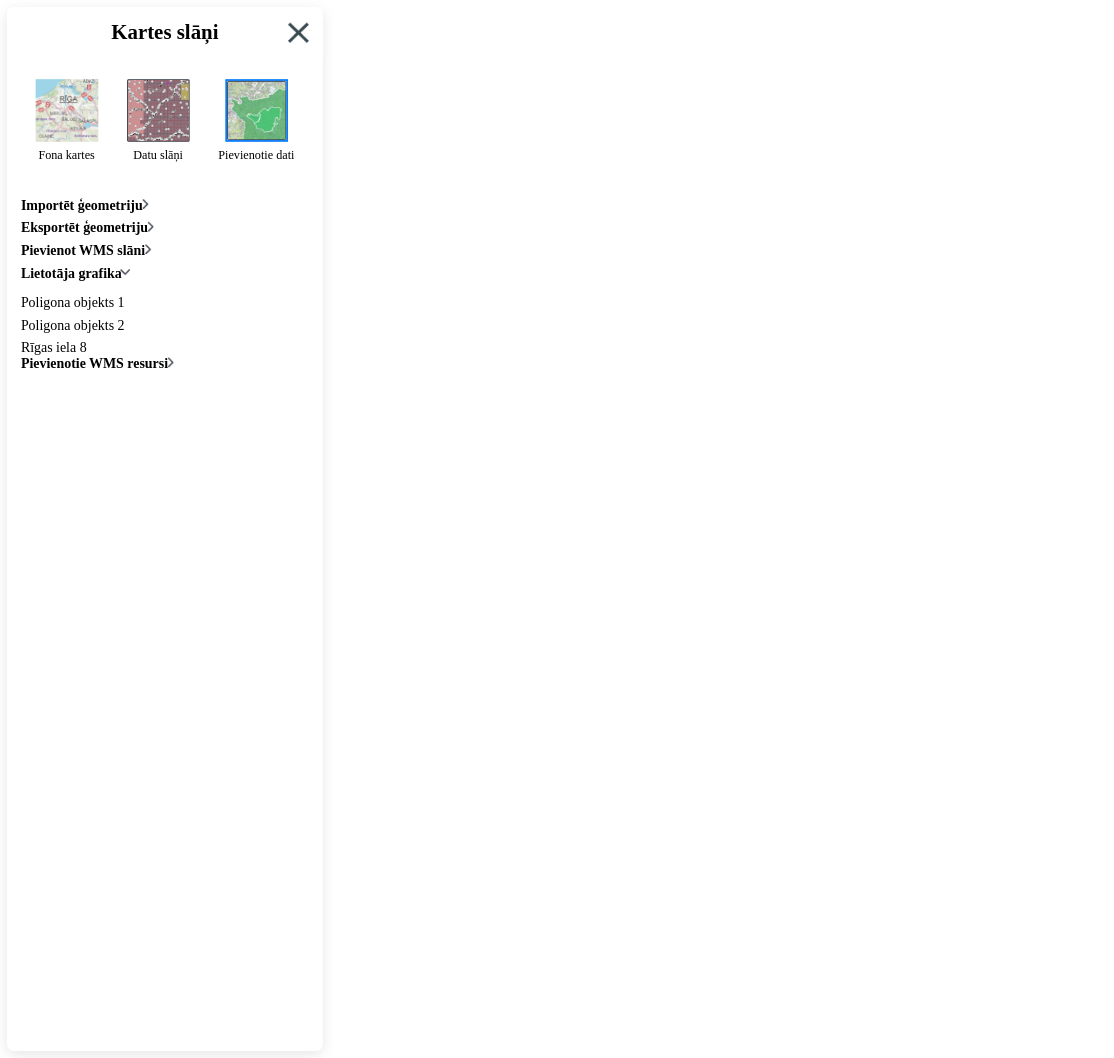
Repository: Kringelis/KP_kar-usl-i
Page: /, after clicking the first element matching `div.sidebar-tabs > :nth-child(3)`
An editor plug-in stored every save of this project. The page is shown before and after the next save, followed by the edit.
The browser window is 1280 px wide. The pictures show the whole page, at 87% of full size.
The project was rebuilt for these pictures with package versions that can differ from the ones it lists, and the page was loaded fresh each time. Also part of the build but not shown: src/components/FonaKartes.scss, src/components/DatuSlani.jsx, src/components/PievienotieDati.scss, src/App.scss.

Above is the page before, as saved 2024-06-03 09:20:43.

After the next save:
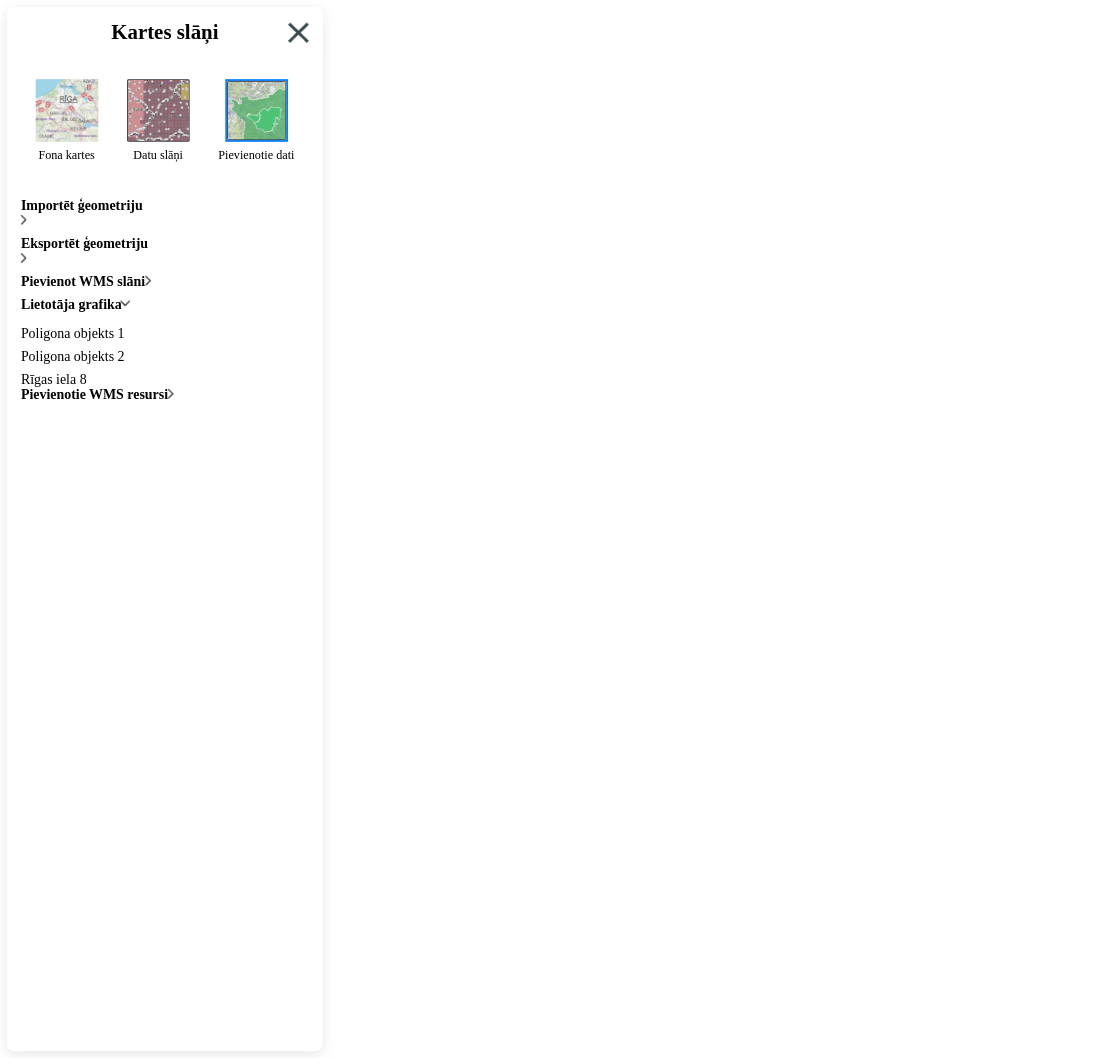
Saved 20 s later.
--- a/src/components/PievienotieDati.jsx
+++ b/src/components/PievienotieDati.jsx
@@ -23,13 +23,13 @@ const PievienotieDati = () => {
     <div className="datu-slani">
       <div className="section-title" onClick={toggleImportGeometry}>
         Importēt ģeometriju
-        <span className="accordion-icon">
+        <div className="accordion-icon">
           <img
             className={`accordion-icon ${isImportGeometryOpen ? "open" : ""}`}
             src={Arrow}
             alt="V"
           />
-        </span>
+        </div>
       </div>
       {isImportGeometryOpen && (
         <div className="sub-section">
@@ -39,13 +39,13 @@ const PievienotieDati = () => {
 
       <div className="section-title" onClick={toggleExportGeometry}>
         Eksportēt ģeometriju
-        <span className="accordion-icon">
+        <div className="accordion-icon">
           <img
             className={`accordion-icon ${isExportGeometryOpen ? "open" : ""}`}
             src={Arrow}
             alt="V"
           />
-        </span>
+        </div>
       </div>
       {isExportGeometryOpen && (
         <div className="sub-section">
